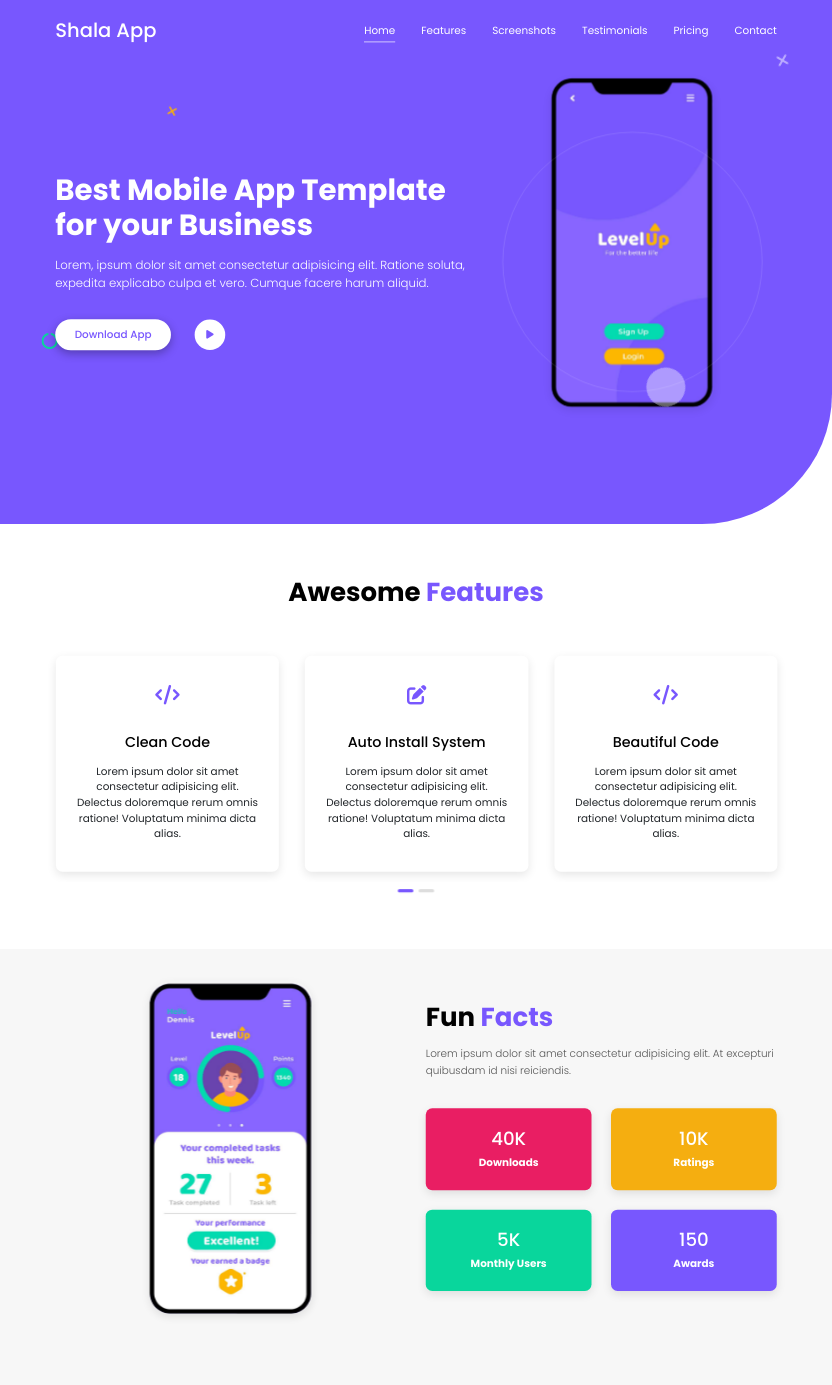
Repository: Mohamed-Hema/Shala-App
Page: index.html
An editor plug-in stored every save of this project. The page is shown before and after the next save, followed by the edit.
The browser window is 1280 px wide. The pictures show the whole page, at 65% of full size.
Some web libraries are served in a nearby version.

Above is the page before, as saved 2021-02-19 17:08:19.

### index.html
<!DOCTYPE html>
<html lang="zxx">
<head>
  <title>Shala - App Landing Page</title>
  <meta charset="utf-8">
  <meta name="viewport" content="width=device-width, initial-scale=1">
  <!-- owl carousel css -->
  <link rel="stylesheet" href="css/owl.carousel.min.css">
  <!-- font awesome icons -->
  <script src="https://kit.fontawesome.com/794108ad0e.js" crossorigin="anonymous"></script>
  <!-- bootstrap css -->
  <link rel="stylesheet" href="css/bootstrap.min.css">
  <!-- main css -->
  <link rel="stylesheet" href="css/style.css">
</head>
<body>

  <!-- Start NavBar -->
  <nav class="navbar navbar-expand-md fixed-top">
    <div class="container">
      <!-- Brand -->
      <a class="navbar-brand" href="#">Shala App</a>

      <!-- Toggler/collapsibe Button -->
      <button class="navbar-toggler" type="button" data-toggle="collapse" data-target="#collapsibleNavbar">
        <span class="navbar-toggler-icon"></span>
      </button>

      <!-- Navbar links -->
      <div class="collapse navbar-collapse" id="collapsibleNavbar">
        <ul class="navbar-nav ml-auto">
          <li class="nav-item">
            <a class="nav-link active" href="#">Home</a>
          </li>
          <li class="nav-item">
            <a class="nav-link" href="#">Features</a>
          </li>
          <li class="nav-item">
            <a class="nav-link" href="#">Screenshots</a>
          </li>
          <li class="nav-item">
            <a class="nav-link" href="#">Testimonials</a>
          </li>
          <li class="nav-item">
            <a class="nav-link" href="#">Pricing</a>
          </li>
          <li class="nav-item">
            <a class="nav-link" href="#">Contact</a>
          </li>
        </ul>
      </div>
    </div>
  </nav>

  <!-- End NavBar -->
  <!-- Start Home Section -->
  <section class="home d-flex align-items-center">
    <div class="effect-wrap">
      <i class="fas fa-plus effect effect-1"></i>
      <i class="fas fa-plus effect effect-2"></i>
      <i class="fas fa-circle-notch effect effect-3"></i>
    </div>
    <div class="container">
      <div class="row align-items-center">
        <div class="col-md-7">
          <div class="home-text">
            <h1>Best Mobile App Template for your Business</h1>
            <p>Lorem, ipsum dolor sit amet consectetur adipisicing elit. Ratione soluta, expedita explicabo culpa et vero. Cumque facere harum aliquid.</p>
            <div class="home-btn">
              <a href="#" class="btn btn-1">Download App</a>
              <button type="button" class="btn btn-1 video-play-btn">
                <i class="fas fa-play"></i>
              </button>
            </div>
          </div>
        </div>
        <div class="col-md-5 text-center">
          <div class="home-img">
            <div class="circle"></div>
            <img src="img/app-screenshots/1.png" alt="First App Screen">
          </div>
        </div>
      </div>
    </div>
  </section>
  <!-- End Home Section -->
  <!-- Start Video PopUp -->
  <div class="video-popup">
    <div class="video-popup-inner">
      <i class="fas fa-times video-popup-close"></i>
      <div class="iframe-box">
        <iframe id="player-1" src="https://www.youtube.com/embed/o1eY1MPcRQs" allow="accelerometer; autoplay; clipboard-write; encrypted-media; gyroscope; picture-in-picture" allowfullscreen></iframe>
      </div>
    </div>
  </div>
  <!-- End Video PopUP -->
  <!-- Start Features Section -->
  <section class="features section-padding">
    <div class="container">
      <div class="row justify-content-center">
        <div class="col-lg-8">
          <div class="section-title">
            <h2>Awesome <span>Features</span></h2>
          </div>
        </div>
      </div>
      <div class="row">
        <div class="owl-carousel features-carousel">
          <div class="feature-item">
            <div class="icon"><i class="fas fa-code"></i></div>
            <h3>Clean Code</h3>
            <p>Lorem ipsum dolor sit amet consectetur adipisicing elit. Delectus doloremque rerum omnis ratione! Voluptatum minima dicta alias.</p>
          </div>
          <div class="feature-item">
            <div class="icon"><i class="fas fa-edit"></i></div>
            <h3>Auto Install System</h3>
            <p>Lorem ipsum dolor sit amet consectetur adipisicing elit. Delectus doloremque rerum omnis ratione! Voluptatum minima dicta alias.</p>
          </div>
          <div class="feature-item">
            <div class="icon"><i class="fas fa-code"></i></div>
            <h3>Beautiful Code</h3>
            <p>Lorem ipsum dolor sit amet consectetur adipisicing elit. Delectus doloremque rerum omnis ratione! Voluptatum minima dicta alias.</p>
          </div>
          <div class="feature-item">
            <div class="icon"><i class="fas fa-check"></i></div>
            <h3>Fast Load App</h3>
            <p>Lorem ipsum dolor sit amet consectetur adipisicing elit. Delectus doloremque rerum omnis ratione! Voluptatum minima dicta alias.</p>
          </div>
          <div class="feature-item">
            <div class="icon"><i class="fas fa-desktop"></i></div>
            <h3>Responsive Design</h3>
            <p>Lorem ipsum dolor sit amet consectetur adipisicing elit. Delectus doloremque rerum omnis ratione! Voluptatum minima dicta alias.</p>
          </div>

        </div>
      </div>
    </div>
  </section>

  <!-- End Features Section -->
  <!-- Start Fun Facts Section -->
  <section class="fun-facts section-padding">
    <div class="container">
      <div class="row">
        <div class="col-lg-6 col-md-5 d-flex align-items-center justify-content-center">
          <div class="fun-facts-img">
            <img src="img/app-screenshots/2.png" alt="Fun Facts">
          </div>
        </div>
        <div class="col-lg-6 col-md-7">
          <div class="section-title">
            <h2>Fun <span>Facts</span></h2>
          </div>
          <div class="fun-facts-text">
            <p>Lorem ipsum dolor sit amet consectetur adipisicing elit. At excepturi quibusdam id nisi reiciendis.</p>
            <div class="row">
              <div class="col-sm-6">
                <div class="fun-fact-item style-1">
                  <h3>40K</h3>
                  <span>Downloads</span>
                </div>
              </div>
              <div class="col-sm-6">
                <div class="fun-fact-item style-2">
                  <h3>10K</h3>
                  <span>Ratings</span>
                </div>
              </div>
              <div class="col-sm-6">
                <div class="fun-fact-item style-3">
                  <h3>5K</h3>
                  <span>Monthly Users</span>
                </div>
              </div>
              <div class="col-sm-6">
                <div class="fun-fact-item style-4">
                  <h3>150</h3>
                  <span>Awards</span>
                </div>
              </div>
            </div>
            </div>
          </div>
        </div>
      </div>
    </div>
  </section>

  <!-- End Fun Facts Section -->

<!-- jquery js -->
<script src="js/jquery.min.js"></script>
<!-- popper js -->
<script src="js/popper.min.js"></script>
<!-- bootstrap js -->
<script src="js/bootstrap.min.js"></script>
<!-- owl carousel js -->
<script src="js/owl.carousel.min.js"></script>
<!-- ScrollIt js -->
<script src="js/scrollIt.min.js"></script>
<!-- main js -->
<script src="js/main.js"></script>
</body>
</html>

### css/style.css
/* Start Global Styles */
@import url('https://fonts.googleapis.com/css2?family=Poppins:wght@300;400;500;600;700;800;900&display=swap');

*{
    margin: 0;
    padding: 0;
    outline: none!important;
}

:root{
    --main-color: #7857fe;
    --color-1: #e91e63;
    --color-2: #f5ae10;
    --color-3: #09d69c;
    --bg-dark: #2b2c2f;
    --main-to-dark-color: var(--main-color);
    --dark-to-main-color: var(--bg-dark);
    --shadow-black-100: 0 5px 15px rgba(0,0,0,.1);
    --shadow-black-300: 0 5px 15px rgba(0,0,0,.3);
    --black-900: #000;
    --black-400: #555555;
    --black-100: #f7f7f7;
    --black-000: #fff;
    --black-alpha-100: rgba(0,0,0,0.05);
}

body{
    font-family: 'Poppins', sans-serif;
    font-size: 16px;
    font-weight: 400;
    overflow-x: hidden;
    background-color: #fff;
    line-height: 1.5;
}
img{
    max-width: 100%;
    vertical-align: middle;
}
ul{
    list-style: none;
}
.btn-1{
    background-color: #fff;
    padding: 12px 30px;
    border: none;
    border-radius: 30px;
    color: var(--main-color);
    font-size: 16px;
    transition: all .5s ease;
    box-shadow: var(--shadow-black-300);
    font-weight: 500;
}
.btn-1:focus{
    box-shadow: var(--shadow-black-300);
}
.btn-1:hover{
    color: #fff;
    background-color: var(--main-color);
}
@keyframes spin_01{
    0%{
        transform: rotate(0deg);
    }
    100%{
        transform: rotate(360deg);
    }
}
@keyframes bounceTop_01{
    0%, 100%{
        transform: translateY(-30px);
    }
    50%{
        transform: translateY(0px);
    }
}
@keyframes pulse_01{
    0%{
        transform: scale(0.94);
        box-shadow: 0 0 0 0 rgba(255,255,255,0.7);
    }
    70%{
        transform: scale(1);
        box-shadow: 0 0 0 12px rgba(255,255,255,0);
    }
    100%{
        transform: scale(0.94);
        box-shadow: 0 0 0 0 rgba(255, 255, 255, 0);
    }
}
.effect-wrap .effect{
    position: absolute;
    z-index: -1;
}
.effect-wrap .effect-1{
    left: 20%;
    top: 20%;
    font-size: 20px;
    color: var(--color-2);
    animation: spin_01 5s linear infinite;
}
.effect-wrap .effect-2{
    right: 5%;
    top: 10%;
    font-size: 25px;
    color: rgba(255, 255, 255, .5);
    animation: spin_01 7s linear infinite;
}
.effect-wrap .effect-3{
    left: 5%;
    bottom: 30%;
    font-size: 25px;
    color: var(--color-3);
    animation: bounceTop_01 3s linear infinite;
}
.section-padding{
    padding: 80px 0;
}
.section-title h2{
    font-size: 40px;
    color: var(--black-900);
    font-weight: 700;
    text-align: center;
    margin: 0;
}
.section-title{
    margin-bottom: 60px;
}
.section-title h2 span{
    color: var(--main-color);
}
.owl-carousel .owl-dots{
    color: var(--main-color);
}
.owl-carousel .owl-dots{
    text-align: center;
}
.owl-carousel .owl-dots .active{
    background-color: var(--main-color);
}
.owl-carousel button.owl-dot{
    height: 5px;
    width: 24px;
    background-color: #ddd;
    display: inline-block;
    margin: 0 4px;
    border-radius: 5px;
}
/* End Global Styles */
/* Start Navbar */
.navbar{
    background-color: transparent;
    padding: 20px 0;
    transition: all .5s ease;
}
.navbar.navbar-shrink{
    box-shadow: 0 10px 10px rgba(0, 0, 0, .1);
    background-color: var(--main-color);
    padding: 10px 0;
}
.navbar > .container{
    padding: 0 15px;
}
.navbar .navbar-brand{
    font-size: 30px;
    color: #fff;
    font-weight: 500;
}
.navbar .nav-item{
    margin-left: 40px;
}
.navbar .nav-item .nav-link{
    color: #fff;
    font-size: 16px;
    font-weight: 400;
    padding: 5px 0;
    position: relative;
}
.navbar .nav-item .nav-link::before{
    content: '';
    position: absolute;
    left: 0;
    right: 0;
    bottom: 0;
    height: 1px;
    background-color: #fff;
    transition: all .5s ease;
    transform: scale(0);
}
.navbar .nav-item .nav-link.active::before,
.navbar .nav-item .nav-link:hover::before{
    transform: scale(1);
}
.navbar .nav-item .nav-link:hover.active::before{
    transform: scale(0);
}
/* End Navbar */
/* Start Home Section */
.home{
    min-height: 100vh;
    padding: 150px 0;
    background-color: var(--main-to-dark-color);
    border-radius: 0 0 200px 0;
    position: relative;
    z-index: 1;
}
.home-text h1{
    font-size: 45px;
    font-weight: 700;
    color: #fff;
    margin: 0 0 20px;
}
.home-text p{
    font-size: 18px;
    line-height: 28px;
    color: #fff;
    margin: 0;
    font-weight: 300;
}
.home .home-btn{
    margin-top: 40px;
}
.home .home-btn .video-play-btn:hover{
    animation: none;
    box-shadow: var(--shadow-black-300);
}
.home .home-btn .video-play-btn{
    margin-left: 30px;
    height: 50px;
    width: 50px;
    padding: 0;
    font-size: 16px;
    animation: pulse_01 2s ease infinite;
}
.home .home-btn .video-play-btn i{
    line-height: 50px;
}
.home-img img{
    max-width: 250px;
    width: 100%;
    box-shadow: var(--shadow-black-100);
    border-radius: 32px;
    animation: bounceTop_01 3s ease infinite;
}

.home-img{
    position: relative;
}
.home-img .circle{
    position: absolute;
    z-index: 1;
    height: 400px;
    width: 400px;
    border: 1px solid rgba(255, 255, 255, .2);
    border-radius: 50%;
    top: 50%;
    left: 50%;
    transform: translate(-50%, -50%);
}
.home-img .circle::before{
    content: '';
    position: absolute;
    height: 60px;
    width: 60px;
    background-color: rgba(255, 255, 255, .4);
    border-radius: 50%;
    left: 30px;
    top: 30px;
    transform-origin: 170px 170px;
    animation: spin_01 10s linear infinite;
}
/* Video PopUP */
.video-popup{
    padding: 30px;
    position: fixed;
    left: 0;
    top: 0;
    width: 100%;
    height: 100%;
    z-index: 1999;
    background-color: rgba(0,0,0,.7);
    display: flex;
    align-items: center;
    justify-content: center;
    opacity: 0;
    visibility: hidden;
    transition: all .5s ease;
}
.video-popup.open{
    opacity: 1;
    visibility: visible;
}
.video-popup-inner{
    width: 100%;
    max-width: 900px;
    position: relative;
}
.video-popup .video-popup-close{
    position: absolute;
    right: 0;
    top: -30px;
    height: 30px;
    width: 30px;
    font-size: 16px;
    text-align: center;
    line-height: 30px;
    cursor: pointer;
    color: #fff;

}
.video-popup .iframe-box{
    height: 0;
    overflow-x: hidden;
    padding-top: 56.25%;
}
.video-popup #player-1 {
    position: absolute;
    left: 0;
    top: 0;
    width: 100%;
    height: 100%;
    border: 0;
}
/* End Home Section */
/* Start Features Section */
.features .feature-item{
    box-shadow: var(--shadow-black-100);
    margin: 15px;
    padding: 30px;
    border-radius: 10px;
    text-align:center;
    position: relative;
    z-index: 1;
    overflow: hidden;
}
.features .feature-item::after,
.features .feature-item::before{
    content: '';
    position: absolute;
    z-index: -1;
    border-radius: 50%;
    transition: all .5s ease;
    opacity: 0;
}
.features .feature-item::before{
    height: 20px;
    width: 20px;
    background-color: var(--color-1);
    left: -20px;
    top: 40%;
}
.features .feature-item::after{
    height: 30px;
    width: 30px;
    background-color: var(--color-2);
    left: -30px;
    top: 80%;
}
.features .feature-item .icon{
    height: 60px;
    width: 60px;
    margin: 0 auto 30px;
    text-align: center;
    font-size: 30px;
    color: var(--main-color);
    position: relative;
    z-index: 1;
    transition: all .5s ease;
    cursor: pointer;
}
.features .feature-item .icon::before{
    content: '';
    position: absolute;
    left: 100%;
    top: 0;
    width: 100%;
    height: 100%;
    background-color: var(--main-color);
    transition: all .5s ease;
    z-index: -1;
    opacity: 0;
}
.features .feature-item:hover .icon{
    color: #fff;
    font-size: 20px;
}
.features .feature-item:hover .icon::before{
    left: 0;
    border-radius: 50%;
    opacity: 1;

}
.features .feature-item .icon i{
    line-height: 60px;
}
.features .feature-item h3{
    font-size: 22px;
    margin: 0 0 20px;
    color: var(--black-900);
    font-weight: 500;
}
.features .feature-item .icon p{
    font-size: 16px;
    line-height: 26px;
    font-weight: 300;
    color: var(--black-400);
    margin: 0 0 15px;
}
/* End Features Section */
/* Start Fun Facts Section */
.fun-facts{
    background-color: var(--black-100);
}
.fun-facts-img img{
    max-width: 250px;
    width: 100%;
    box-shadow: var(--shadow-black-100);
    border-radius: 32px;
    animation: bounceTop_01 3s ease infinite;
}
.fun-facts .section-title{
    margin-bottom: 20px;
}

.fun-facts .section-title h2{
    text-align: left;
}
.fun-facts-text p{
    font-size: 16px;
    line-height: 26px;
    color: var(--black-400);
    margin: 0 0 15px;
    font-weight: 300;
}
.fun-fact-item{
    padding: 30px;
    text-align: center;
    box-shadow: var(--shadow-black-100);
    border-radius: 10px;
    margin-top: 30px;
    color: #fff;
    font-weight: bold;
}
.fun-fact-item.style-1{
    background-color: var(--color-1);
}
.fun-fact-item.style-2{
    background-color: var(--color-2);
}
.fun-fact-item.style-3{
    background-color: var(--color-3);
}
.fun-fact-item.style-4{
    background-color: var(--main-color);
}
/* End Fun Facts Section */

### js/main.js
// import $ from "jQuery";
$(document).ready(function() {
    // NavBar Shrink
    $(window).on("scroll", function() {
        if($(this).scrollTop() > 90) {
            $(".navbar").addClass("navbar-shrink");
        } else {
            $(".navbar").removeClass("navbar-shrink");
        }
    });
    // Video popUP
    const vdeoSrc = $("#player-1").attr("src");
    $(".video-play-btn, .video-popup").on("click", function() {
        if($(".video-popup").hasClass("open")) {
            $(".video-popup").removeClass("open");
            $("#player-1").attr("src", "");
        } else {
            $(".video-popup").addClass("open");
            if($("#player-1").attr("src")==''){
                $("#player-1").attr("src", videoSrc);
            }
        }
    });
    // Features Carousel
    $('.features-carousel').owlCarousel({
        loop:true,
        margin:10,
        responsiveClass:true,
        responsive:{
            0:{
                items:1,
            },
            600:{
                items:2,
            },
            1000:{
                items:3,

            }
        }
    })
});

Loaded but not shown: css/owl.carousel.min.css (library); css/bootstrap.min.css (library); js/jquery.min.js (library); js/popper.min.js (library); js/bootstrap.min.js (library); js/owl.carousel.min.js (library); js/scrollIt.min.js (common file)

After the next save:
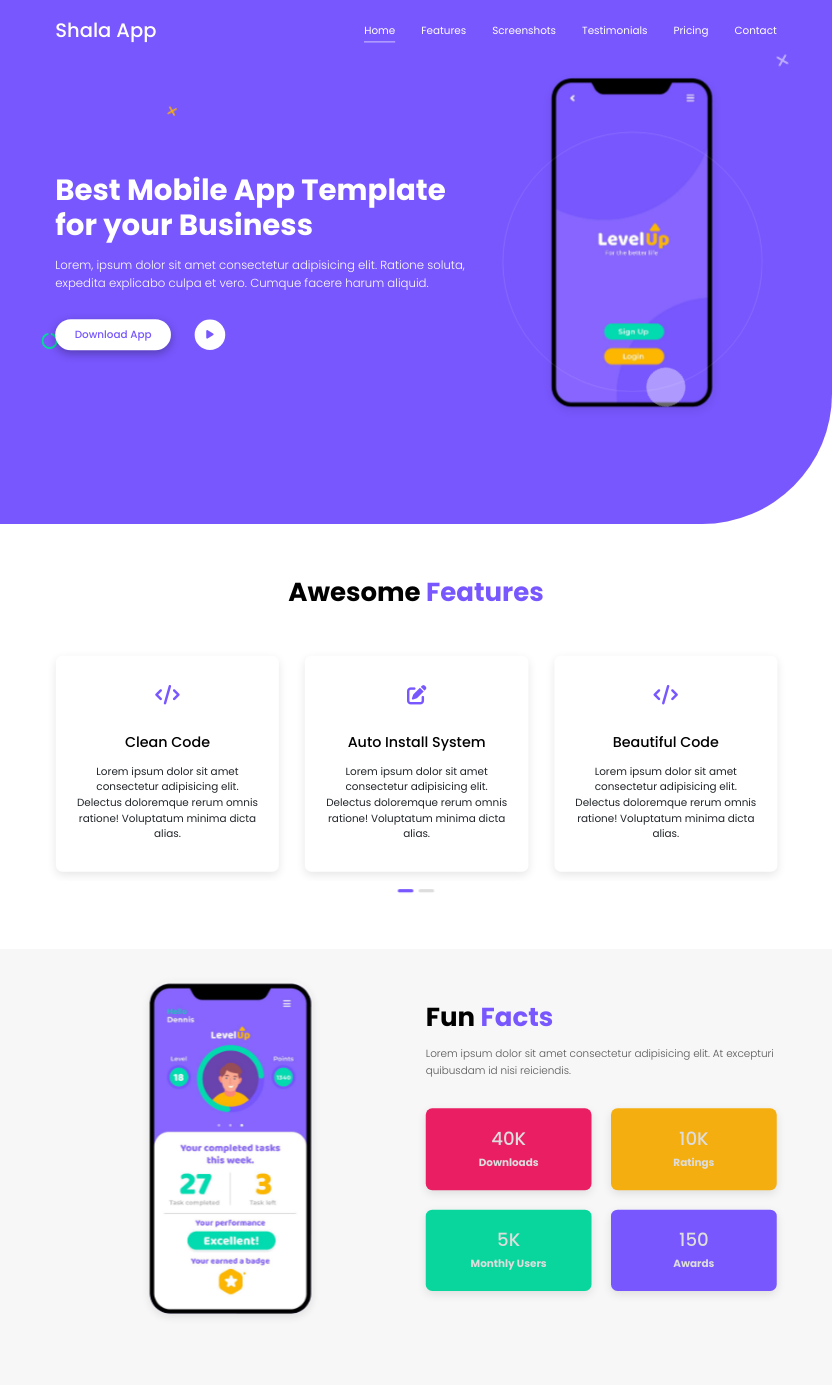
Saved 5 s later.
--- a/css/style.css
+++ b/css/style.css
@@ -437,7 +437,7 @@
     box-shadow: var(--shadow-black-100);
     border-radius: 10px;
     margin-top: 30px;
-    color: #fff;
+    color: #ddd;
     font-weight: bold;
 }
 .fun-fact-item.style-1{

After the save that followed:
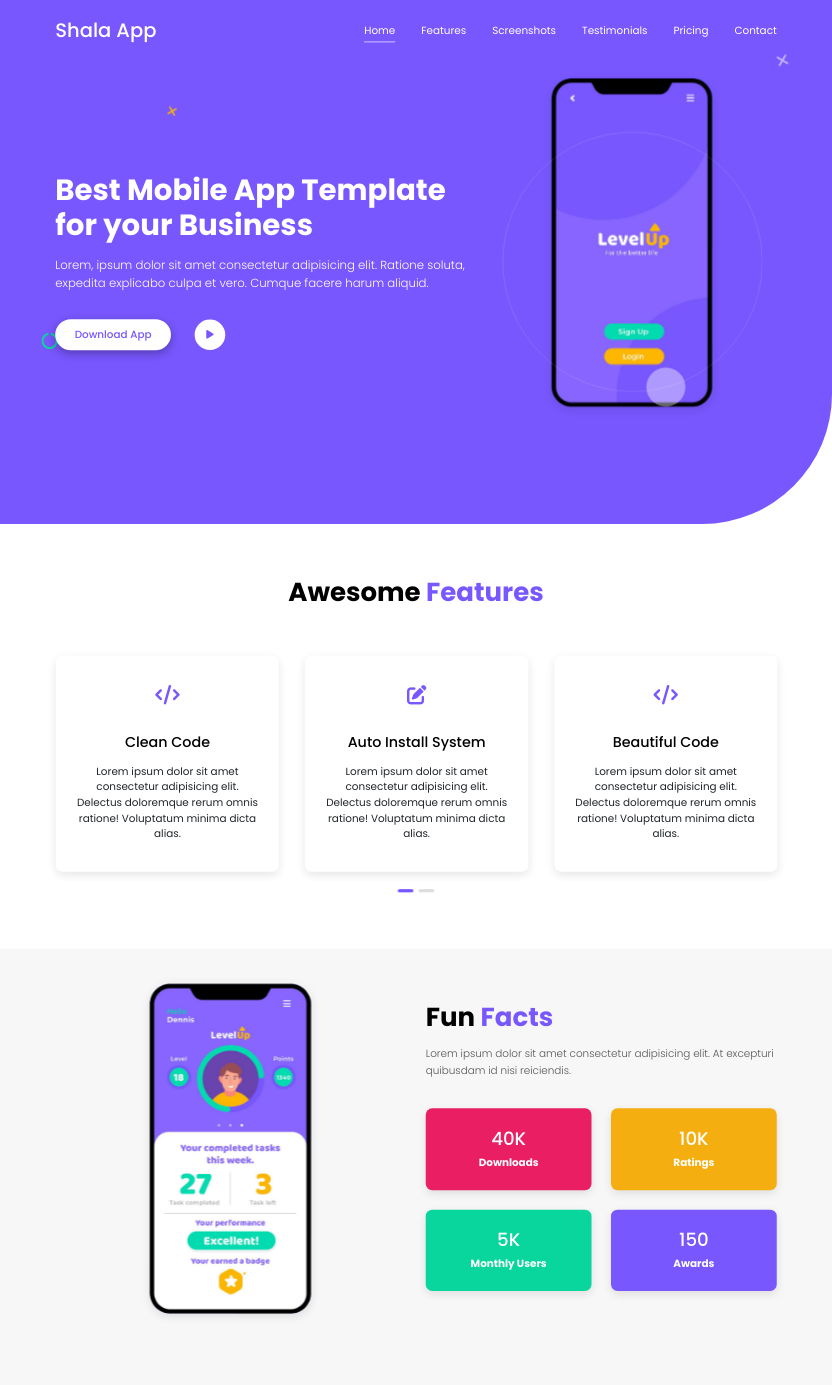
Saved 6 s later.
--- a/css/style.css
+++ b/css/style.css
@@ -437,7 +437,7 @@
     box-shadow: var(--shadow-black-100);
     border-radius: 10px;
     margin-top: 30px;
-    color: #ddd;
+    color: #fff;
     font-weight: bold;
 }
 .fun-fact-item.style-1{
